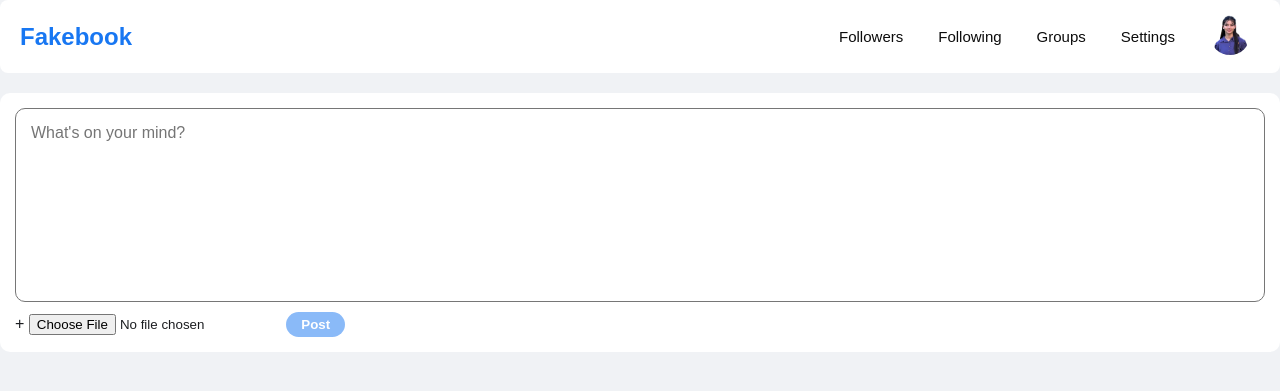
Repository: harpreetkaur2201/FAKEBOOK
Page: fakebook_profile/index.html
The author's editor kept a copy of each file at every save. The page is drawn from the files as they stood at one save, then again after the next save.
The browser window is 1280 px wide. The pictures show the whole page.

Above is the page before, as saved 2025-11-14 19:55:01.

### fakebook_profile/index.html
<!doctype html>
<html lang="en">
<head>
  <meta charset="utf-8" />
  <meta name="viewport" content="width=device-width, initial-scale=1" />
  <title>Fakebook</title>
  <link rel="stylesheet" href="./assets/styles/style.css">
</head>
<body>
  <header>
    <div class="logo">Fakebook</div>
    <nav>
      <a href="#followers">Followers</a>
      <a href="#following">Following</a>
      <a href="#groups">Groups</a>
      <a href="#settings">Settings</a>
      <a href="#profile"><img id="headerAvatar" src="./assets/Profile pic.jpg" alt="Profile" class="avatar"></a>
    </nav>
  </header>

  <main>
    <section class="create-post">
      <form id="postForm">
        <textarea id="postText" placeholder="What's on your mind?" rows="9"></textarea>
        <div>
          <label for="imageInput">+</label>
            <input id="imageInput" type="file" accept="image/*">
          <button id="postBtn" type="submit" disabled>Post</button>
        </div>
      </form>
    </section>

    <section id="posts"></section>
  </main>

  <div id="modal" class="modal" aria-hidden="true">
    <div class="modal-content">
      <a href="#" id="closeModal">Close</a>
      <div>
        <div id="modalAvatar"></div>
        <h2 id="modalName">Your Name</h2>
        <p id="modalBio">Your bio will appear here.</p>
      </div>
    </div>
  </div>
    <script type="module" src="./assets/script/script.js"></script>
</body>
</html>

### fakebook_profile/assets/styles/style.css
* {
  padding: 0;
  margin: 0;
  box-sizing: border-box;
  font-family: Arial, sans-serif;
}

body {
  background: #f0f2f5;
  color: #1c1e21;

}

.container {
  max-width: 700px;
  margin: 20px auto;
  padding: 0 15px;
}

header {
  display: flex;
  justify-content: space-between;
  align-items: center;
  background: white;
  padding: 10px 20px;
  border-radius: 8px;
  color: #1877f2;
  position: relative;
}

header .logo {
  font-size: 1.5rem;
  font-weight: bold;
}

header nav {
  display: flex;
  justify-content: center;
  align-items: center;
  gap: 15px;
}

header nav a {
  text-decoration: none;
  color: #0c0c0c;
  font-size: 15px;
  padding: 5px 10px;
  border-radius: 6px;
  transition: background 0.2s;
}

header nav a:hover {
  background: #e4e6eb;
}

header nav img.avatar {
  width: 40px;
  height: 40px;
  border-radius: 50%;
  object-fit: cover;
}

.create-post form {
  display: flex;
  flex-direction: column;
  gap: 10px;
  background: white;
  padding: 15px;
  margin-top: 20px;
  border-radius: 10px;
}

#create-post textarea,
.create-post textarea {
  width: 100%;
  min-height: 120px;
  padding: 15px;
  border-radius: 10px;
  font-size: 16px;
  resize: none;
}

.controls {
  display: flex;
  align-items: center;
  gap: 10px;
}

.file-label {
  background: #e4e6eb;
  padding: 5px 8px;
  border-radius: 8px;
  cursor: pointer;
}

.controls input[type="file"] {
  display: none;
}

#postBtn {
  padding: 5px 15px;
  border-radius: 20px;
  background: #1877f2;
  color: white;
  font-weight: bold;
  cursor: pointer;
  border: none;
}

#postBtn:disabled {
  opacity: 0.5;
  cursor: not-allowed;
}

.posts {
  margin-top: 20px;
  display: flex;
  flex-direction: column;
  gap: 15px;
}

.post {
  background: white;
  padding: 10px;
  border-radius: 10px;
}

.post-header {
  display: flex;
  align-items: center;
  gap: 10px;
  margin-bottom: 8px;
}

.post-header .avatar {
  width: 35px;
  height: 35px;
  border-radius: 50%;
  background: #ccc;
  display: flex;
  align-items: center;
  justify-content: center;
  color: white;
  font-weight: bold;
}

.post-body img {
  max-width: 100%;
  margin-top: 8px;
  border-radius: 8px;
}

.modal {
  position: fixed;
  inset: 0;
  background: rgba(0, 0, 0, 0.5);
  display: flex;
  justify-content: center;
  align-items: center;
  opacity: 0;
  pointer-events: none;
  transition: opacity 0.3s ease;
  z-index: 1000;
}

.modal[aria-hidden="false"] {
  opacity: 1;
  pointer-events: auto;
}

.modal-content {
  background: white;
  padding: 20px;
  border-radius: 12px;
  max-width: 400px;
  width: 90%;
  position: relative;
  box-shadow: 0 4px 10px rgba(0, 0, 0, 0.2);
  text-align: center;
}

.modal-content #closeModal {
  position: absolute;
  top: 10px;
  right: 15px;
  font-size: 1.2rem;
  text-decoration: none;
  color: #333;
}

.account-view h2 {
  margin: 10px 0 5px 0;
  font-size: 1.2rem;
}

.account-view .bio-text {
  font-size: 14px;
  color: #2d2626;
  margin-bottom: 10px;
}

.modal-avatar img {
  width: 60px;
  height: 60px;
  border-radius: 50%;
  object-fit: cover;
}

.account-view div a {
  display: inline-block;
  flex: 1;
  margin: 5px 3px;
  padding: 6px;
  border-radius: 8px;
  background: #e4e6eb;
  font-weight: 500;
  text-decoration: none;
  color: #000;
  transition: background 0.2s;
}

.account-view div a:hover {
  background: #d8dadf;
}

### fakebook_profile/assets/script/script.js
// assets/script/script.js  (make sure index.html uses this file path with type="module")
import { User } from './user.js';
import { Subscriber } from './subscriber.js';

document.addEventListener('DOMContentLoaded', () => {
  // DOM
  const postForm = document.getElementById('postForm');
  const postText = document.getElementById('postText');
  const imageInput = document.getElementById('imageInput');
  const postBtn = document.getElementById('postBtn');
  const postsContainer = document.getElementById('posts');

  const headerAvatar = document.getElementById('headerAvatar');
  const modal = document.getElementById('modal');
  const closeModalBtn = document.getElementById('closeModal');
  const modalName = document.getElementById('modalName');
  const modalBio = document.getElementById('modalBio');
  const modalAvatar = document.getElementById('modalAvatar');

  // Create Subscriber with all required properties (manually provided)
  const account = new Subscriber(
    101,                                  // id
    "Harpreet Kaur",                      // name
    "harpreet123",                        // userName
    "harpreet@example.com",               // email
    ["Food Lovers", "Travel Diaries"],    // pages (array)
    ["Winnipeg Students", "Punjabi Group"], // groups (array)
    true                                  // canMonetize (boolean)
  );

  // UI-only profile (bio + profile pic) — NOT part of the User required fields
  const accountProfile = {
    bio: "Hi! I love food and travel.",
    profilePic: "./assets/Profile pic.jpg"
  };

  // Post class uses account.getInfo() for header name
  class Post {
    constructor(userInfo, profile, text, image) {
      this.userInfo = userInfo; // object from getInfo()
      this.profile = profile;   // UI fields
      this.text = text;
      this.image = image;
      this.time = new Date();
    }

    render() {
      const postDiv = document.createElement('div');
      postDiv.className = 'post';

      // Header: avatar, name, time
      const headerDiv = document.createElement('div');
      headerDiv.className = 'post-header';

      const avatarDiv = document.createElement('div');
      avatarDiv.className = 'avatar';
      if (this.profile.profilePic) {
        avatarDiv.style.backgroundImage = `url(${this.profile.profilePic})`;
        avatarDiv.style.backgroundSize = 'cover';
        avatarDiv.style.backgroundPosition = 'center';
      } else {
        avatarDiv.textContent = this.userInfo.name.charAt(0);
      }

      const nameDiv = document.createElement('div');
      const nameEl = document.createElement('div');
      nameEl.textContent = this.userInfo.name;

      const timeEl = document.createElement('div');
      timeEl.className = 'post-meta';
      timeEl.textContent = this.time.toLocaleString();

      nameDiv.appendChild(nameEl);
      nameDiv.appendChild(timeEl);
      headerDiv.appendChild(avatarDiv);
      headerDiv.appendChild(nameDiv);

      // Body
      const bodyDiv = document.createElement('div');
      bodyDiv.className = 'post-body';
      if (this.text && this.text.trim() !== '') {
        const textP = document.createElement('p');
        textP.textContent = this.text;
        textP.style.textAlign = 'center';
        bodyDiv.appendChild(textP);
      }
      if (this.image) {
        const img = document.createElement('img');
        img.src = this.image;
        img.alt = 'Posted image';
        bodyDiv.appendChild(img);
      }

      postDiv.appendChild(headerDiv);
      postDiv.appendChild(bodyDiv);
      return postDiv;
    }
  }

  const posts = [];

  // Toggle Post button: require text OR image
  function togglePostBtn() {
    postBtn.disabled = postText.value.trim() === '' && imageInput.files.length === 0;
  }

  postText.addEventListener('input', togglePostBtn);
  imageInput.addEventListener('change', togglePostBtn);

  // Submit
  postForm.addEventListener('submit', (e) => {
    e.preventDefault();
    if (imageInput.files[0]) {
      const reader = new FileReader();
      reader.onload = () => createPost(reader.result);
      reader.readAsDataURL(imageInput.files[0]);
    } else {
      createPost(null);
    }
  });

  function createPost(imageData) {
    const userInfo = account.getInfo(); // Subscriber.getInfo() calls super.getInfo()
    const newPost = new Post(userInfo, accountProfile, postText.value, imageData);
    posts.unshift(newPost);
    renderPosts();
    postForm.reset();
    togglePostBtn();
  }

  function renderPosts() {
    postsContainer.innerHTML = '';
    posts.forEach(p => {
      if (p.text || p.image) postsContainer.appendChild(p.render());
    });
  }

  // Modal logic — USE getInfo() to populate
  headerAvatar.addEventListener('click', () => {
    const info = account.getInfo();  // <-- must come from getInfo()
    modalName.textContent = info.name;
    modalBio.textContent = accountProfile.bio || '';
    modalAvatar.innerHTML = '';
    if (accountProfile.profilePic) {
      const img = document.createElement('img');
      img.src = accountProfile.profilePic;
      img.alt = info.name;
      modalAvatar.appendChild(img);
    }

    // OPTIONAL: show subscriber details inside modal too (pages/groups)
    // Example: append below bio:
    const extra = document.createElement('div');
    extra.innerHTML = `<small>Pages: ${info.pages.join(', ') || '—'}</small><br>
                       <small>Groups: ${info.groups.join(', ') || '—'}</small><br>
                       <small>Can monetize: ${info.canMonetize}</small>`;
    modalAvatar.parentElement.appendChild(extra);

    modal.setAttribute('aria-hidden', 'false');
  });

  closeModalBtn.addEventListener('click', () => {
    modal.setAttribute('aria-hidden', 'true');
    // remove appended extra if present (clean)
    const parent = modalAvatar.parentElement;
    if (parent.lastElementChild && parent.lastElementChild.tagName === 'DIV' &&
        parent.lastElementChild.innerHTML.includes('Can monetize')) {
      parent.removeChild(parent.lastElementChild);
    }
  });

  modal.addEventListener('click', (e) => { if (e.target === modal) modal.setAttribute('aria-hidden', 'true'); });

  // initial
  togglePostBtn();
}); // end DOMContentLoaded

### fakebook_profile/assets/script/user.js
'use strict';

// user.js
export class User {
  #id;
  #name;
  #userName;
  #email;

  constructor(id, name, userName, email) {
    this.#id = id;
    this.#name = name;
    this.#userName = userName;
    this.#email = email;
  }

  getInfo() {
    return {
      id: this.#id,
      name: this.#name,
      userName: this.#userName,
      email: this.#email
    };
  }
}

### fakebook_profile/assets/script/subscriber.js
'use strict';
// subscriber.js
import { User } from './user.js';

export class Subscriber extends User {
  #pages;
  #groups;
  #canMonetize;

  constructor(id, name, userName, email, pages = [], groups = [], canMonetize = false) {
    super(id, name, userName, email);
    this.#pages = pages;
    this.#groups = groups;
    this.#canMonetize = canMonetize;
  }

  getInfo() {
    return {
      ...super.getInfo(),
      pages: this.#pages,
      groups: this.#groups,
      canMonetize: this.#canMonetize
    };
  }
}

After the next save:
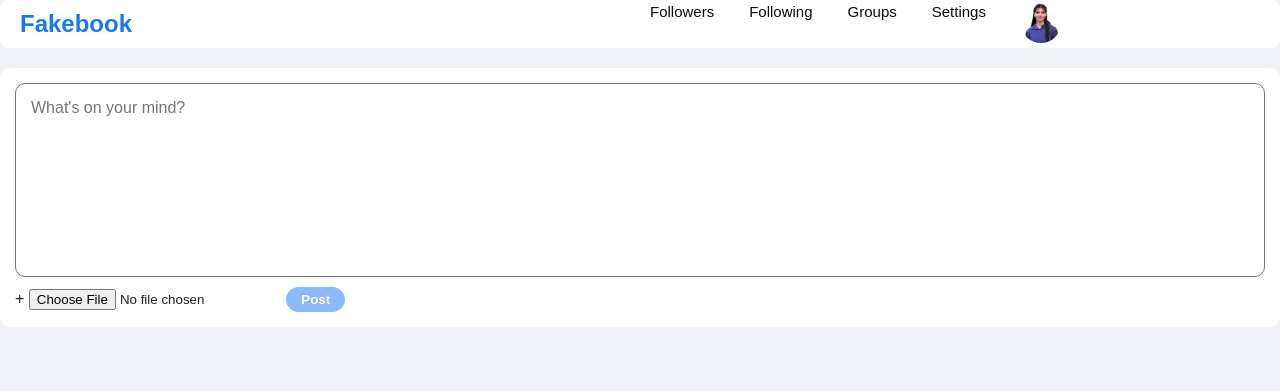
Saved 37 s later.
--- a/fakebook_profile/assets/styles/style.css
+++ b/fakebook_profile/assets/styles/style.css
@@ -34,9 +34,9 @@ header .logo {
 }
 
 header nav {
-  display: flex;
-  justify-content: center;
-  align-items: center;
+  position: absolute;
+  left:50%;
+  display: flex;
   gap: 15px;
 }
 
